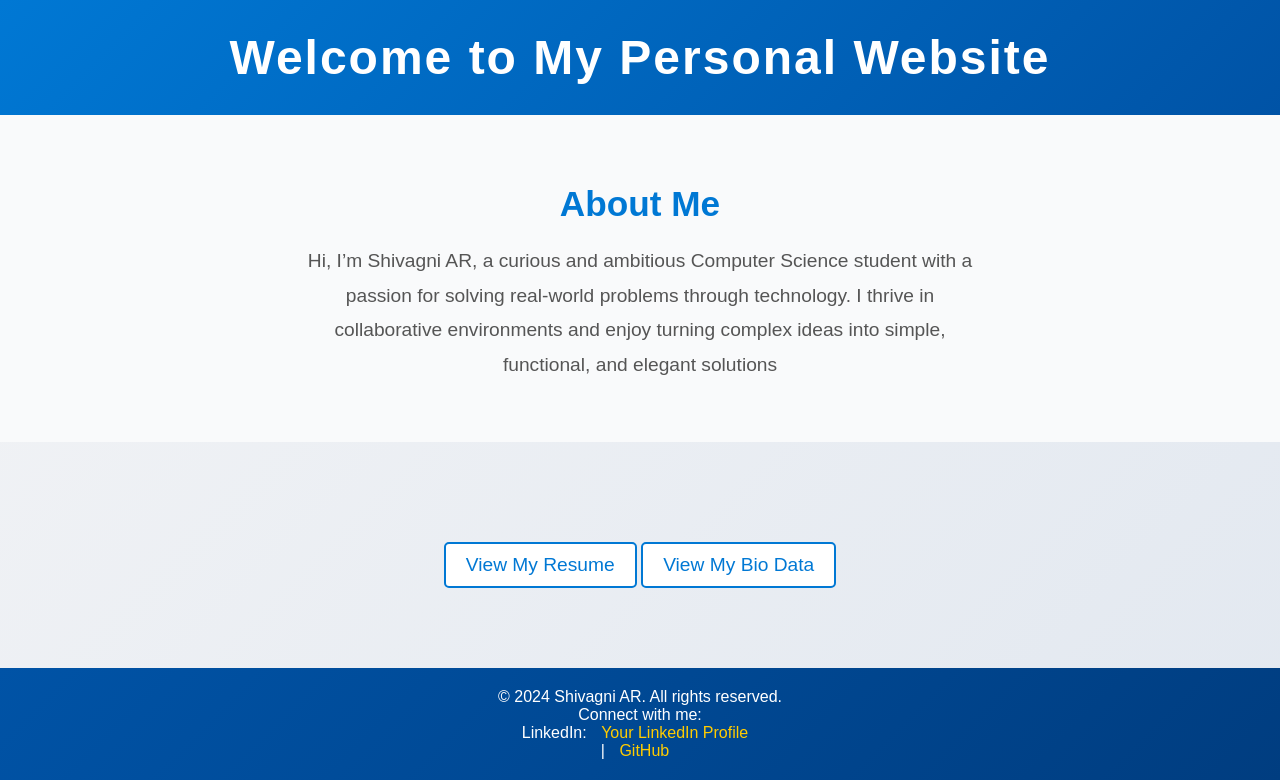
Repository: shivagni518/WEB-1
Page: index.html
The author's editor kept a copy of each file at every save. The page is drawn from the files as they stood at one save, then again after a run of saves.
The browser window is 1280 px wide. The pictures show the whole page.

Above is the page before, as saved 2024-12-01 16:28:25.

### index.html
<!DOCTYPE html>
<html lang="en">
<head>
    <meta charset="UTF-8">
    <meta name="viewport" content="width=device-width, initial-scale=1.0">
    <title>Home - Personal Website</title>
    <style>
    /* General Styles */
    body {
        font-family: 'Poppins', sans-serif;
        margin: 0;
        padding: 0;
        background: linear-gradient(135deg, #f3f4f6, #e2e8f0);
        color: #333;
        overflow-x: hidden;
    }

    /* Header Styling */
    header {
        background: linear-gradient(135deg, #0078d4, #0053a6);
        color: white;
        text-align: center;
        padding: 30px 0;
        position: relative;
    }

    header h1 {
        font-size: 3em;
        margin: 0;
        font-weight: bold;
        letter-spacing: 2px;
    }

    nav {
        margin-top: 15px;
    }

    nav a {
        color: white;
        text-decoration: none;
        margin: 0 20px;
        font-size: 1.3em;
        padding: 8px 12px;
        border-radius: 5px;
        transition: background 0.3s, transform 0.3s;
    }

    nav a:hover {
        background: rgba(255, 255, 255, 0.2);
        transform: scale(1.1);
    }

    /* Hero Section Styling */
    .hero {
        text-align: center;
        padding: 80px 20px;
        /* background: url('https://via.placeholder.com/1920x1080') no-repeat center center/cover; */
        color: white;
        /* box-shadow: inset 0 0 2000px rgba(0, 0, 0, 0.3); */
    }

    .hero h2 {
        font-size: 2.5em;
        margin-bottom: 20px;
    }

    .hero p {
        font-size: 1.2em;
        line-height: 1.8;
        max-width: 700px;
        margin: 0 auto;
        padding: 10px;
        background: rgba(0, 0, 0, 0.5);
        border-radius: 10px;
    }

    /* Main Content */
    main {
        text-align: center;
        padding: 40px 20px;
        background-color: #f9fafb;
    }

    main h2 {
        font-size: 2.2em;
        color: #0078d4;
        margin-bottom: 20px;
    }

    main p {
        font-size: 1.2em;
        line-height: 1.8;
        max-width: 700px;
        margin: 20px auto;
        color: #555;
    }

    /* Footer Styling */
    footer {
        background: linear-gradient(135deg, #0053a6, #003d80);
        color: white;
        text-align: center;
        padding: 20px 0;
        position: relative;
    }

    footer p {
        margin: 0;
        font-size: 1em;
    }

    footer a {
        color: #ffcc00;
        text-decoration: none;
        margin: 0 10px;
        transition: color 0.3s;
    }

    footer a:hover {
        color: #ffffff;
    }

    /* Button Styles */
    .button {
        display: inline-block;
        padding: 10px 20px;
        font-size: 1.2em;
        color: #0078d4;
        background: white;
        border: 2px solid #0078d4;
        border-radius: 5px;
        text-decoration: none;
        margin-top: 20px;
        transition: background 0.3s, color 0.3s;
    }

    .button:hover {
        background: #0078d4;
        color: white;
    }
</style>
</head>
<body>
    <header>
        <h1>Welcome to My Personal Website</h1>
        <!-- <nav>
            <a href="index.html">Home</a>
            <a href="resume.html">Resume</a>
            <a href="biodata.html">Bio-data</a>
        </nav> -->
    </header>
    <main>
        <h2>About Me</h2>
        <p>
            Hi, I’m Shivagni AR, a curious and ambitious Computer Science student with a passion for solving real-world problems through technology. I thrive in collaborative environments and enjoy turning complex ideas into simple, functional, and elegant solutions
        </p>
    </main>

    <section class="hero">
        <!-- <h2>Hello, I'm Shivagni AR</h2>
        <p>
            I am passionate about Computer Science. Explore this website to learn more about my journey, skills, and achievements. Dive into my resume or bio-data to know me better!
        </p> -->
        <a href="resume.html" class="button">View My Resume</a>
        <a href="biodata.html" class="button">View My Bio Data</a>
    </section>

    <!-- <main>
        <h2>About Me</h2>
        <p>
            Welcome to my personal website! I am Shivagni AR, a SOFTWARE Engineering with a passion for New Ideas.
            I have expertise in logic thinking and a keen interest in coding.
        </p>
    </main> -->

    <footer>
        <p>&copy; 2024 Shivagni AR. All rights reserved.</p>
        <p>Connect with me:
            <p>LinkedIn: <a href="https://www.linkedin.com/in/sathwik-pl/" target="_blank">Your LinkedIn Profile</a></p>|
            <a href="https://github.com/shivagni518">GitHub</a>
        </p>
    </footer>
</body>
</html>

After the next 4 saves:
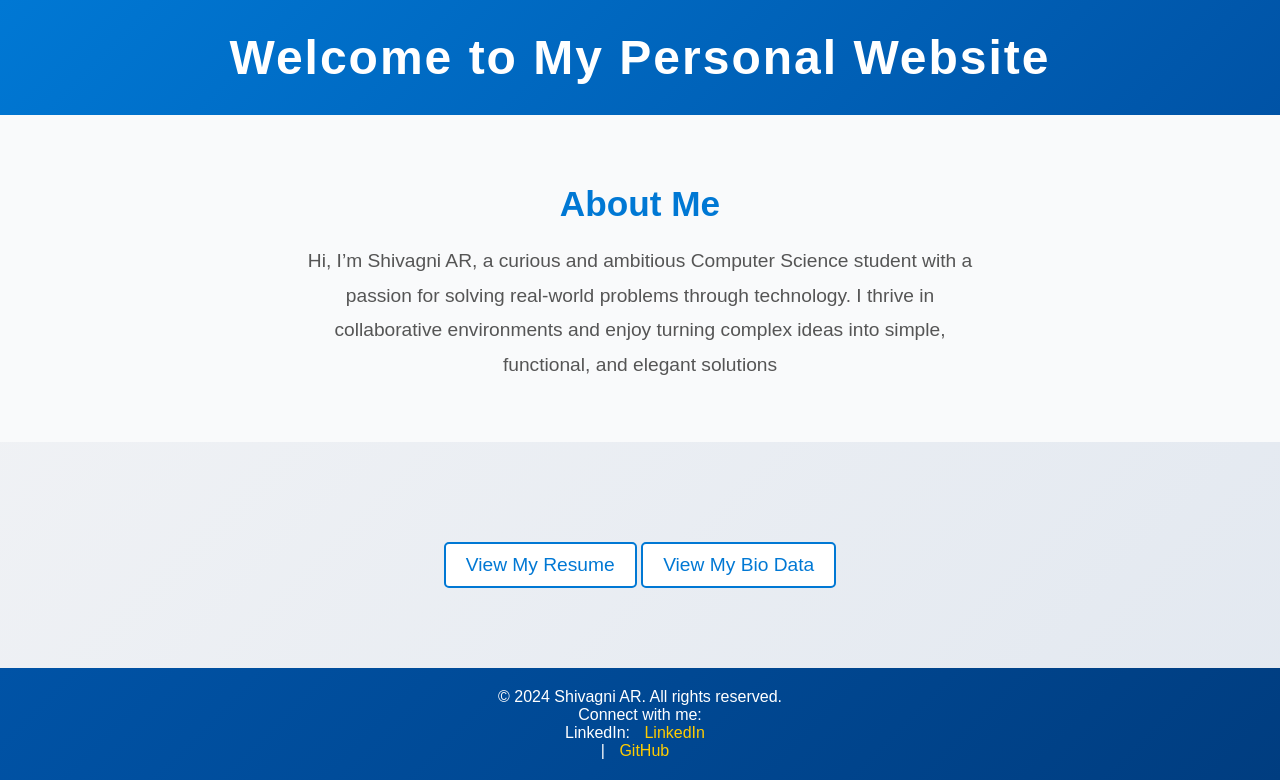
The 4 saves are shown as one change because they came seconds apart.
The last was saved 22 s later.
--- a/index.html
+++ b/index.html
@@ -176,7 +176,7 @@
     <footer>
         <p>&copy; 2024 Shivagni AR. All rights reserved.</p>
         <p>Connect with me:
-            <p>LinkedIn: <a href="https://www.linkedin.com/in/sathwik-pl/" target="_blank">Your LinkedIn Profile</a></p>|
+            <p>LinkedIn: <a href="https://www.linkedin.com/in/sathwik-pl/" target="_blank">LinkedIn</a></p>|
             <a href="https://github.com/shivagni518">GitHub</a>
         </p>
     </footer>
